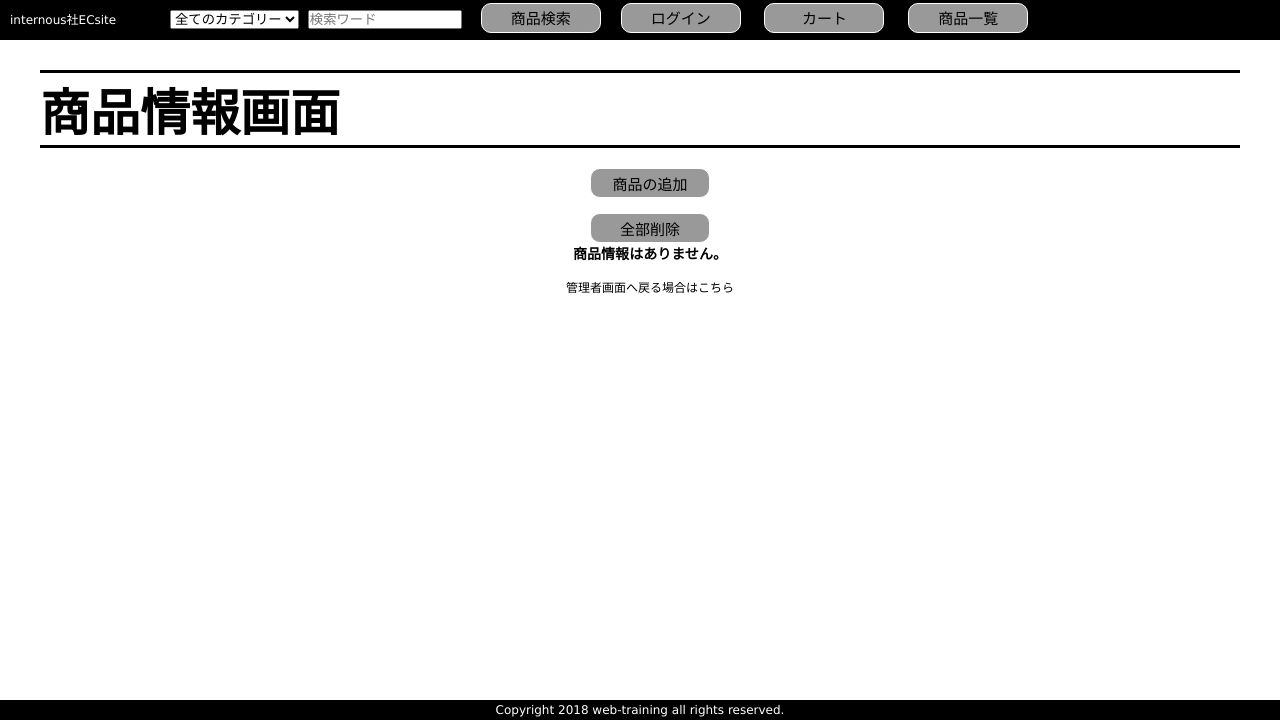
Repository: geeta333/ECsite
Page: http://localhost/web-training/itemInfo.jsp
An editor plug-in stored every save of this project. The page is shown before and after the next save, followed by the edit.
The browser window is 1280 px wide. The pictures show the whole page.
The page is served by Tomcat 9. Other server files are loaded and not shown.

Above is the page before, as saved 2018-07-27 06:36:30.

### web-training/WebContent/itemInfo.jsp
<%@ page language="java" contentType="text/html; charset=UTF-8"
    pageEncoding="UTF-8"%>
<%@ taglib prefix="s" uri="/struts-tags" %>
<!DOCTYPE html>
<html>
<head>
	<meta charset="UTF-8" />
	<title>商品情報画面</title>
	<link rel="stylesheet" href="./css/style.css">
</head>
<body>
	<div id="container">
	<jsp:include page="header.jsp" />
	<div id="main" class="clear">
		<div id="top">
			<h1>商品情報画面</h1>
		</div>
		<div class="marginLeft center">
			<div>
				<s:form action="ItemCreateAction" class="marginTop">
					<s:submit value="商品の追加" class="button"/>
				</s:form>
				<s:form action="ItemInfoAction" class="marginTop">
					<input type="hidden" name="deleteFlg" value="1">
					<s:submit value="全部削除" method="delete" class="button" />
				</s:form>
			</div>
			<s:if test="itemInfoList == null">
				<h3>商品情報はありません。</h3>
			</s:if>
			<s:elseif test="message == null">
				<h3 class="marginTop">商品情報は以下になります。</h3>
			<table border="1" class="ShowData marginAuto">
				<tr>
					<th>製品ID</th>
					<th>商品名</th>
					<th>製品詳細</th>
					<th>カテゴリー名</th>
					<th>価格</th>
					<th>イメージファイル名</th>
					<th>発売日</th>
					<th>発売会社</th>
					<th>変更する</th>
				</tr>
				<s:iterator value="itemInfoList">
				<tr>
					<th><s:property value="product_id" /></th>
					<th><s:property value="product_name" /></th>
					<th><s:property value="product_description" /></th>
					<th>
						<s:if test="category_id == 2">
							<span>本</span>
						</s:if>
						<s:elseif test="category_id == 3">
							<span>家電・パソコン</span>
						</s:elseif>
						<s:elseif test="category_id == 4">
							<span>おもちゃ・ゲーム</span>
						</s:elseif>
					</th>
					<th><s:property value="price" /><span>円</span></th>
					<th><s:property value="image_file_name" /></th>
					<th><s:property value="release_date" /></th>
					<th><s:property value="release_company" /></th>
					<th>
					<s:form action="ItemInfoChangeAction">
						<input type="hidden" name="itemId" value='<s:property value="id"/>'>
						<s:submit value="変更"/>
					</s:form>
					</th>
				</tr>
				</s:iterator>
			</table>
			</s:elseif>
			<s:if test="message != null">
				<h3><s:property value="message"/></h3>
			</s:if>
			<div  class="marginTop">
				<p>管理者画面へ戻る場合は<a href='<s:url action="GoAdministratorAction" />'>こちら</a></p>
			</div>
		</div>
	</div>
	<jsp:include page="footer.jsp" />
</div>
</body>
</html>

### web-training/WebContent/header.jsp
<%@ page language="java" contentType="text/html; charset=UTF-8"
    pageEncoding="UTF-8"%>
<%@ taglib prefix="s" uri="/struts-tags" %>
<!DOCTYPE html>
<html>
<head>
	<meta charset="UTF-8" />
	<title>ヘッダー</title>
<!-- 	<link rel="stylesheet" href="./css/style.css"> -->
</head>
<body>
<div id="header">
	<div id="nameIntroduction">
		<p><a href='<s:url action="GoAdministratorAction" />'>internous社ECsite</a></p>
	</div>

	<ul>
		<s:form action="ItemListAction" class="float">
		<li>
			<select name="category_id">
				<option value="1">全てのカテゴリー</option>
				<option value="2">本</option>
				<option value="3">家電・パソコン</option>
				<option value="4">おもちゃ・ゲーム</option>
			</select>
		</li>
		<li>
			<input type="hidden" name="retrievalFlg" value="1">
			<input type="text" name="keywords" placeholder="検索ワード" id="text">
		</li>
		<li><s:submit value="商品検索"  class="button"/></li>
		</s:form>
		<li>
			<s:if test='#session.containsKey("user_id")'>
				<a href='<s:url action="LogoutAction" />'><input type="button" value="ログアウト" class="button"></a>
			</s:if>
			<s:else>
				<a href='<s:url action="GoLoginAction" />'><input type="button" value="ログイン" class="button"></a>
			</s:else>
		</li>
		<li><a href='<s:url action="GoCartAction" />'><input type="button" value="カート" class="button"></a></li>
		<li><a href='<s:url action="ItemListAction" />'><input type="button" value="商品一覧" class="button"></a></li>
		<s:if test='#session.containsKey("user_id") && !#session.containsKey("administrator")'>
			<li><a href='<s:url action="GoMyPageAction" />'><input type="button" value="マイページ" class="button"></a></li>
		</s:if>
		<s:elseif test='#session.containsKey("administrator")'>
			<li><a href='<s:url action="GoAdministratorAction" />'><input type="button" value="管理者画面へ" class="button"></a></li>
		</s:elseif>
	</ul>
</div>
</body>
</html>

### web-training/WebContent/footer.jsp
<%@ page language="java" contentType="text/html; charset=UTF-8"
    pageEncoding="UTF-8"%>
<%@ taglib prefix="s" uri="/struts-tags" %>
<!DOCTYPE html>
<html>
<head>
	<meta charset="UTF-8" />
	<title>フッター</title>
<!-- 	<link rel="stylesheet" href="./css/style.css"> -->
</head>
<body>
<div id="footer">
	<p>Copyright 2018 web-training all rights reserved.
</div>
</body>
</html>

### web-training/WebContent/css/style.css
@CHARSET "UTF-8";

/* common */

* {
    margin: 0;
    padding: 0;
}

.clear {
    clear: both;
}

html, body {
    min-height: 100%;
    height: 100%;

}

body {
    font-family: Verdana, Helvetica, sans-serif;
    font-size: 12px;
    background: white;
}

h1 {
    font-size: 50px;
    margin: 20px 0;
    border-top: 3px solid black;
    border-bottom: 3px solid black;
}

h2 {
    margin: 15px 0;
}

a {
	text-decoration: none;
	color: inherit;
}

ul {
    list-style: none;
}

th {
	text-align: right;
    padding-right: 5px;
}

select {
    margin: 0 0 0 10px;
}

.button {
    width: 120px;
    height: 30px;
    font-size: 15px;
    border: 1px solid white;
    border-radius: 10px;
    margin-left: 10px;
    margin-right: 10px;
    background: #999;
}

.button:hover {
    opacity: 0.5;
}

/* id */

#container {
    width: 100%;
    min-width: 1200px;
    min-height: 100%;
    position: relative;
}

#header {
    width: 100%;
    height: 40px;
    background: black;
    color: white;
}

#header ul {
    line-height: 40px;
}

#header li {
    display: inline-block;
}

#main {
    width: 1200px;
    padding: 10px 10px 30px;
    margin: 0 auto;
    color: black;
}

#footer {
    width: 100%;
    height: 20px;
    background: black;
    color: white;
    text-align: center;
    line-height: 20px;
    font-size: 12px;
    position: absolute;
    bottom: 0;
}

#text { /*検索で使用*/
    width: 150px;
    margin: 0 5px;
}


#itemList { /*itemListで使用*/

}

#nameIntroduction { /* headerで使用 */
    width: 150px;
    float: left;
    line-height: 40px;
    margin-left: 10px;
}

#pageNo li {
    display: inline-block;
}

/* class */


.verticalTable {
    margin-left: 10px;
}

.verticalTable tr {
    height: 30px;
}

.verticalTable th {
    background: black;
    color: white;
    font-size: 16px;
    width: 170px;
}

.txt {
	width : 300px;
	height : 30px;
	border: 0.5px solid #999;
	font-size : 24px;
}

.list {
	width : 300px;
	height : 30px;
	border: 0.5px solid #999;
}

.marginTop {
    margin-top: 15px;
}

.center {
    text-align: center;
}

.float {
    float: left;
}

.ShowData th {
    padding: 3px;
}

.marginLeft {
    margin-left: 20px;
}


.itemListBox {
    display: inline-block;
    margin: 15px;
    text-align: center;
}

.itemImage {
    width: 200px;
    height: 200px;
}

.itemDetailBox {
    text-align: center;
    font-size: 22px;
}

.itemDetailBox table {
    margin: 20px auto;
}

.itemDetailImage {
    width: 500px;
    height: 500px;
}

.itemImageSmall {
    width: 50px;
    height: 50px;
}

.error {
	color: red;
	font-size: 20px;
}

.marginAuto {
	margin: 0 auto;
}

After the next save:
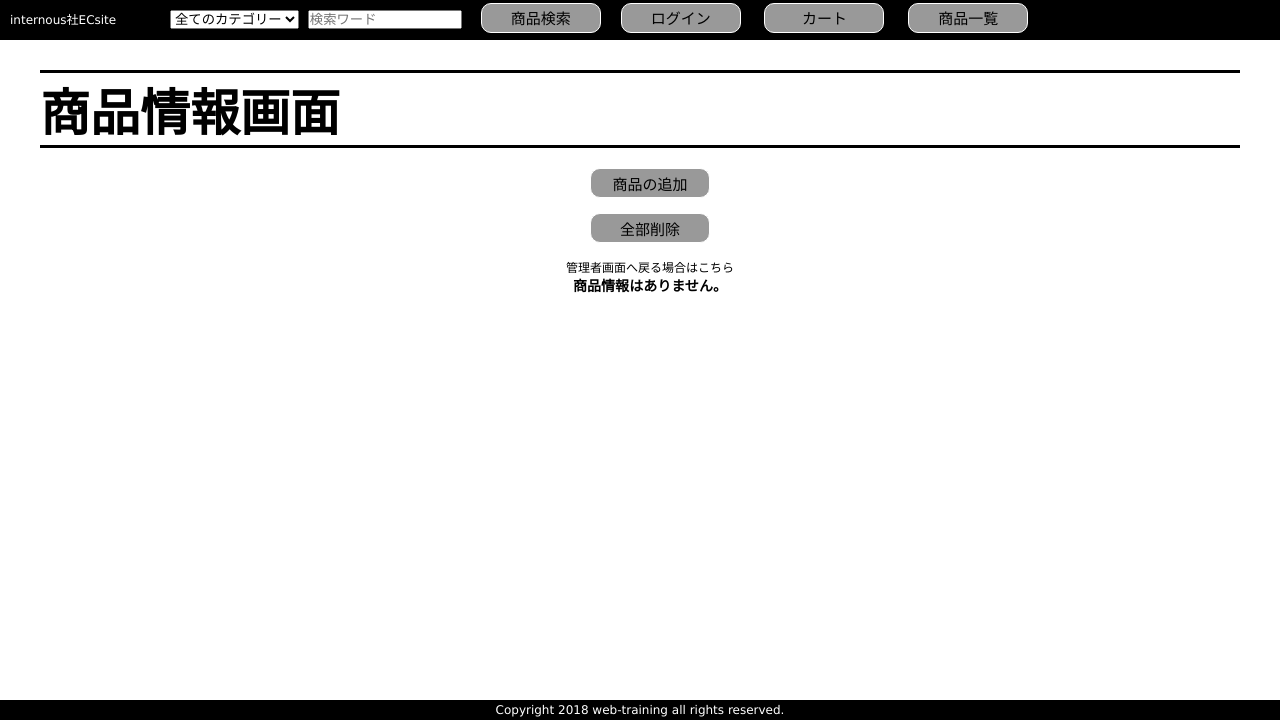
Saved 31 s later.
--- a/web-training/WebContent/itemInfo.jsp
+++ b/web-training/WebContent/itemInfo.jsp
@@ -24,6 +24,9 @@
 					<input type="hidden" name="deleteFlg" value="1">
 					<s:submit value="全部削除" method="delete" class="button" />
 				</s:form>
+			</div>
+			<div  class="marginTop">
+				<p>管理者画面へ戻る場合は<a href='<s:url action="GoAdministratorAction" />'>こちら</a></p>
 			</div>
 			<s:if test="itemInfoList == null">
 				<h3>商品情報はありません。</h3>
@@ -75,9 +78,6 @@
 			<s:if test="message != null">
 				<h3><s:property value="message"/></h3>
 			</s:if>
-			<div  class="marginTop">
-				<p>管理者画面へ戻る場合は<a href='<s:url action="GoAdministratorAction" />'>こちら</a></p>
-			</div>
 		</div>
 	</div>
 	<jsp:include page="footer.jsp" />
